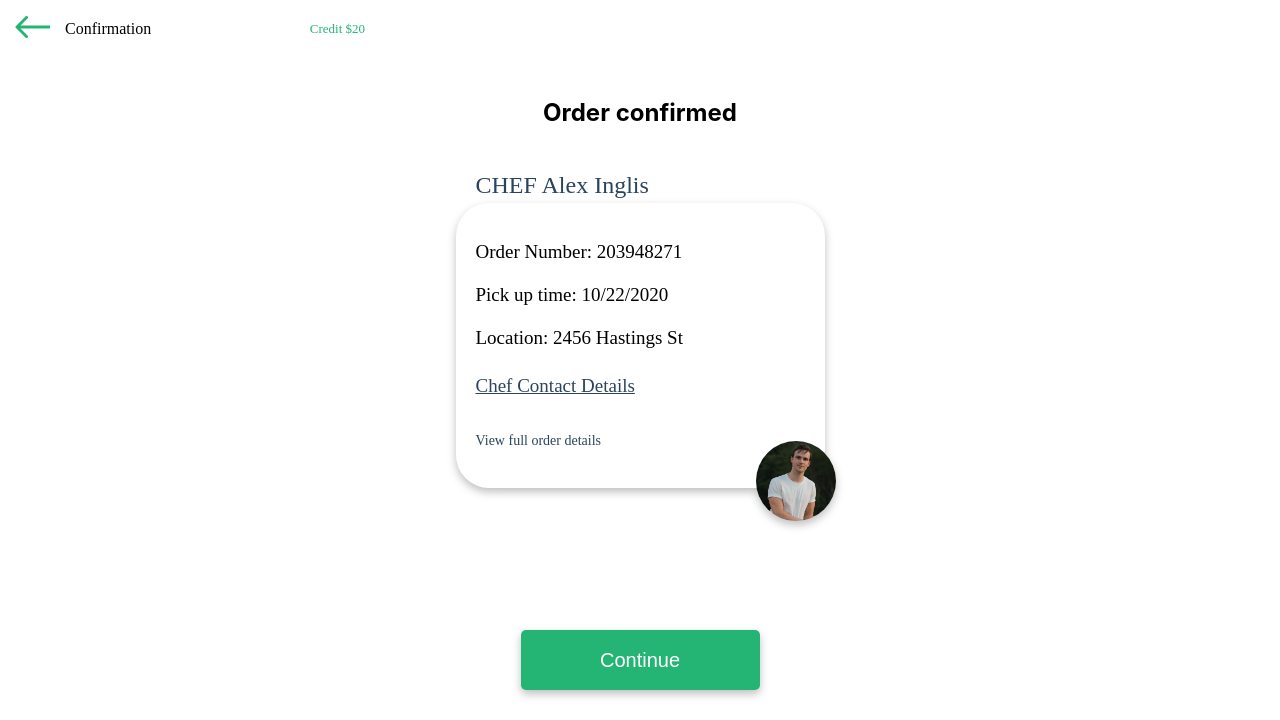
Repository: nguyenlejoe/HomeChef
Page: / (app in app/)
These files come from the project's save history. The page is drawn as it stood at one moment and after the next save; the edit follows.
The browser window is 1280 px wide. The pictures show the whole page.
The project was rebuilt for these pictures with package versions that can differ from the ones it lists, and the page was loaded fresh each time.

Above is the page before, as saved 2020-11-06 22:09:21.

### app/src/App.js
import React from 'react';
//import logo from './logo.svg';
//import './App.css';
import Pages from './pages/OrderConfirmation';

function App() {
  return (
    <Pages />
  );
}

export default App;

### app/src/pages/OrderConfirmation.js
import React from 'react';
import './OrderConfirmation.scss';
import Button from '../comps/MainButton';
import TopBar from '../comps/TopBar';
import OrderDetails from '../comps/OrderDetails';

export default function OrderConfirmationPage() {
  return<div className="app">
       <div className="cart">
           <TopBar text="Confirmation"></TopBar>
       </div>
       <div className="OrderCont">
        <div className="OrderConfirmed">
                Order confirmed
            </div>
            <OrderDetails bgimg="none" margin-bottom="50px"></OrderDetails>

            <div className="ButtonBox">
                <Button text="Continue"></Button>
            </div>
        </div>
    </div>
}

### app/src/pages/OrderConfirmation.scss
.app{
    width: 100vw;
    height:100vh;
    overflow-x: hidden;
    position: relative;
}

.OrderCont{
    display: flex;
    flex-direction: column;
    align-items: center;
    justify-content: center;
}

.OrderConfirmed{
    display: flex;
    justify-content: center;
    font-size: 24px;
    font-weight: bold;
    margin:40px 0;
}


.ButtonBox{
    position: absolute;
    bottom: 30px;
    :nth-child(1){
        font-size: 20px;
    }
}

### app/src/comps/MainButton/index.js
import React from 'react';
import styled, {css} from 'styled-components';
import icon2 from '../../assets/DollarSign.png';

const ButtonContainer = styled.button`
    width: ${props =>props.width ? props.width : '239px'};
    height: ${props =>props.height ? props.height : '60px'};
    background-color: ${props =>props.bgcolor ? props.bgcolor : '#24B574'};
    border-radius: ${props =>props.radius ? props.radius : '5px'};
    display: flex;
    justify-content: center;
    align-items: center;
    filter: drop-shadow(0px 4px 4px rgba(0, 0, 0, 0.25));
    border:none;
`;

const ButtonText = styled.p`
    text-align: center;
    font-size: ${props =>props.fontSize ? props.fontSize : '15px'};;
    color:${props =>props.textColor ? props.textColor : '#FFFFFF'};
`;

const Icon = styled.div`
    ${() => css`
        background-image: url(${props =>props.icon1 ? props.icon1 : icon2});
        background-color:white;
        padding:10px;
        background-repeat: no-repeat;
        background-position: center;
        position:absolute;
        left: 0px;
        `}
    `;

const Button = ({text,textColor,bgcolor, width, height, radius, fontSize}) => {
    return <ButtonContainer bgcolor = {bgcolor} height={height} width={width} radius={radius}>
                <ButtonText fontSize={fontSize} textColor = {textColor}>{text}</ButtonText>
            </ButtonContainer>
}

ButtonText.defaultprops = {
    color:null,
}

export default Button;

### app/src/comps/TopBar/index.js
import React from 'react';
import styled from 'styled-components';


const TopBarContainer = styled.div`
   font-family: Poppins;
   display:flex;
   position:relative;
   align-items:center;
   width:350px;
   padding:15px;
`;

const LeftArrowImg = styled.div`
    margin-right:15px;
`;

const TopLeftText = styled.div`
    display:flex;

`;

const CreditText = styled.div`
   color:#24B574;
   font-size:13px;
   position:absolute;
   right:15px;
`;


const TopBar = ({text}) => {

    return <TopBarContainer>
            <LeftArrowImg><img src='/leftarrow.png' /></LeftArrowImg>
            <TopLeftText>{text}</TopLeftText>
            <CreditText>Credit $20</CreditText>
        </TopBarContainer>
}

TopBar.defaultProps = {

}

export default TopBar;

### app/src/comps/OrderDetails/index.js
import React from 'react';
import styled, {css} from 'styled-components';
import Avatar from '../Avatar';

const DetailsContainer = styled.div`
  display:flex;
  flex-direction:column;

`;

const Chefname = styled.div`
font-family: Poppins;
font-style: normal;
font-weight: 500;
font-size: 24px;
line-height: 36px;
color: #2B445E;
left:20px;
position:relative;
`

const DetailsRectangle = styled.div`
background-color: #FFFFFF;
filter: drop-shadow(0px 4px 4px rgba(0, 0, 0, 0.25));
height: 285px;
width: 369px;
left: 0px;
top: 37px;
border-radius: 33px;
flex-direction:column;
`

const OrderNumber = styled.div`
font-family: Poppins;
margin-top:15px;
margin-bottom:15px;
font-weight: 500;
font-size: 19px;
line-height: 28px;
color: #000000;
`

const Pickuptxt = styled.div`
font-family: Poppins;
margin-top:15px;
margin-bottom:15px;
font-weight: 500;
font-size: 19px;
line-height: 28px;
color: #000000;
`

const Location = styled.div`
font-family: Poppins;
margin-top:15px;
margin-bottom:15px;
font-weight: 500;
font-size: 19px;
line-height: 28px;
color: #000000;
`
const Contact = styled.div`
font-family: Poppins;
margin-top:20px;
margin-bottom:10px;
font-weight: 500;
font-size: 19px;
line-height: 28px;
color: #2B445E;
text-decoration:underline;
cursor:pointer;
`
const FullDetails = styled.div`
font-family: Poppins;
margin-top:30px;
margin-bottom:10px;
font-weight: 500;
font-size: 14px;
line-height: 21px;
color: #2B445E;
cursor:pointer;
`
const Detailstxtboxs = styled.div`
position: relative;
left:20px;
top:20px;

`

const Photocont = styled.div`
z-index:1;
position:relative;
left:300px;
size:105px;
`






const OrderDetails = ({Chef, OrderNum, Pickupdate, Locationtxt, profileimg}) => {

    return <DetailsContainer>
        <Chefname> {Chef} </Chefname>
        <DetailsRectangle>
            <Detailstxtboxs>
            <OrderNumber>Order Number: {OrderNum}</OrderNumber>
            <Pickuptxt>Pick up time: {Pickupdate} </Pickuptxt>
            <Location>Location: {Locationtxt} </Location>
            <Contact>Chef Contact Details</Contact>
            <FullDetails>View full order details</FullDetails>
            </Detailstxtboxs>
            <Photocont>
            <Avatar bgimg={profileimg}></Avatar>
            </Photocont>

        </DetailsRectangle>
    </DetailsContainer>

}

OrderDetails.defaultProps = {

    Chef:"CHEF Alex Inglis",
    OrderNum: "203948271",
    Pickupdate:"10/22/2020",
    Locationtxt:"2456 Hastings St"

}

export default OrderDetails;

### app/src/comps/Avatar/index.js
import React from 'react';
import styled from 'styled-components';

const AvatarContainer = styled.div`
width:80px;
height:80px;
`;

const AvatarImg = styled.div`
min-width:100%;
min-height:100%;
background-image:url(${props=>props.bgimg ? props.bgimg : "none"});
background-size:cover;
border-radius:100px;

`;

const Avatar = ({bgimg}) =>{
    return <AvatarContainer>
        <AvatarImg bgimg={bgimg}></AvatarImg>
    </AvatarContainer>
}

Avatar.defaultProps = {
    bgimg : "./alex.jpg"
}

export default Avatar;

Loaded but not shown: app/public/index.html (common file); app/src/index.js (common file); app/src/index.css (common file); app/src/serviceWorker.js (common file)

After the next save:
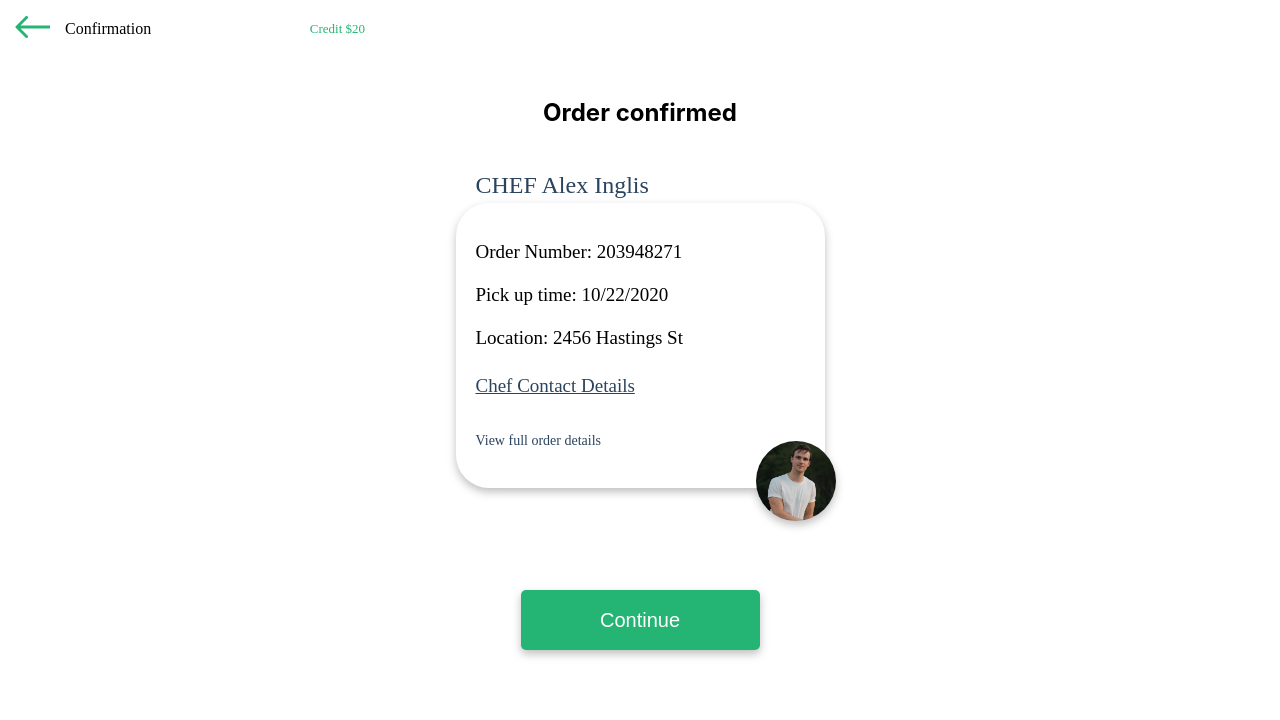
Saved 13 s later.
--- a/app/src/pages/OrderConfirmation.scss
+++ b/app/src/pages/OrderConfirmation.scss
@@ -23,7 +23,7 @@
 
 .ButtonBox{
     position: absolute;
-    bottom: 30px;
+    bottom: 70px;
     :nth-child(1){
         font-size: 20px;
     }
